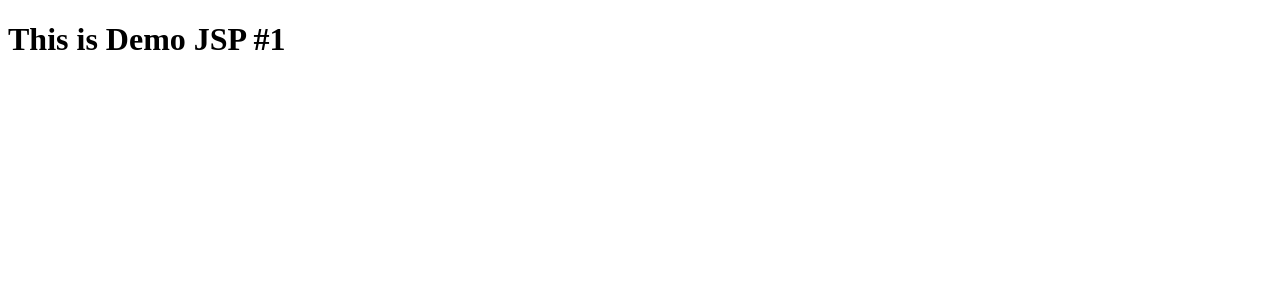
Repository: dannytayade1495/WEJM3
Page: http://localhost/servlets/DemoJsp1.jsp
These files come from the project's save history. The page is drawn as it stood at one moment and after the next save; the edit follows.
The browser window is 1280 px wide. The pictures show the whole page.
The page is served by Tomcat 9.

Above is the page before, as saved 2022-05-31 07:43:47.

After the next save:
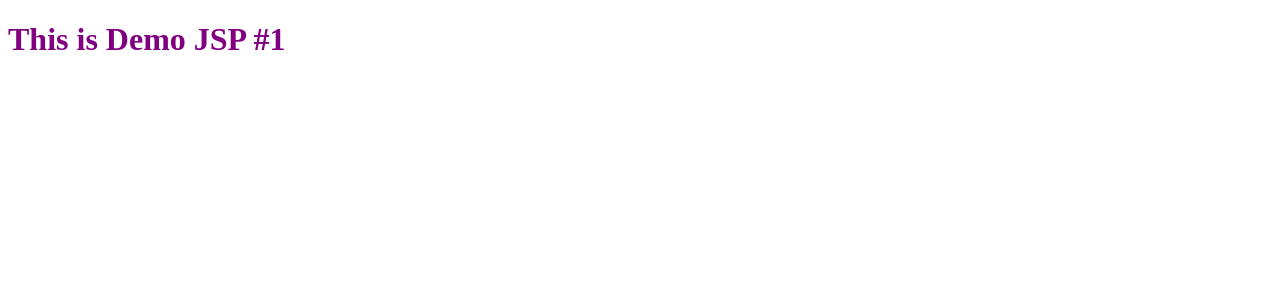
Saved 26 s later.
--- a/servlets/src/main/webapp/DemoJsp1.jsp
+++ b/servlets/src/main/webapp/DemoJsp1.jsp
@@ -7,6 +7,6 @@
 <title>Insert title here</title>
 </head>
 <body>
-<h1>This is Demo JSP #1</h1>
+<h1 style="color: purple;">This is Demo JSP #1</h1>
 </body>
 </html>
